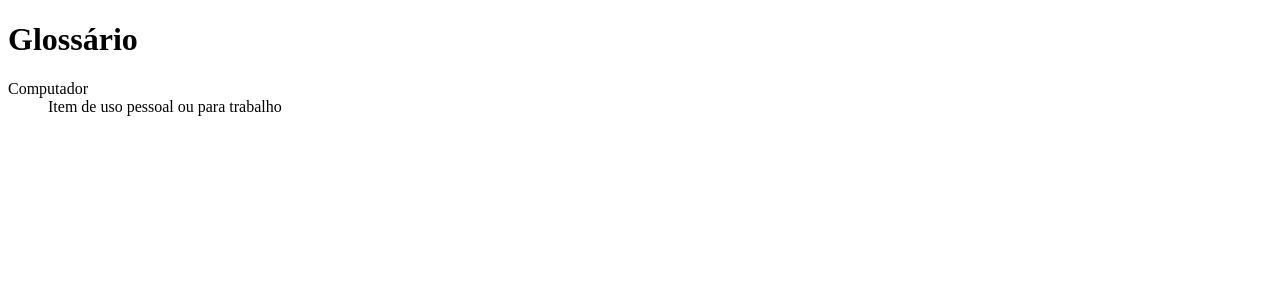
Repository: RenatoCCS/Mais1Code
Page: Rocketseat/Fundamentar/01 - O guia estelar de HTML/Desafios/1_Glossario/glossary.html
These files come from the project's save history. The page is drawn as it stood at one moment and after a run of saves; the edit follows.
The browser window is 1280 px wide. The pictures show the whole page.

Above is the page before, as saved 2022-04-18 20:31:24.

### Rocketseat/Fundamentar/01 - O guia estelar de HTML/Desafios/1_Glossario/glossary.html
<!DOCTYPE html>
<html lang="pt-br">
<head>
    <meta charset="UTF-8">
    <meta http-equiv="X-UA-Compatible" content="IE=edge">
    <meta name="viewport" content="width=device-width, initial-scale=1.0">
    <title>Glossário</title>
</head>
<body>

    <h1>Glossário</h1>
<dl>
    <dt>Computador</dt>
    <dd>Item de uso pessoal ou para trabalho</dd>


</dl>



</body>
</html>

After the next 3 saves:
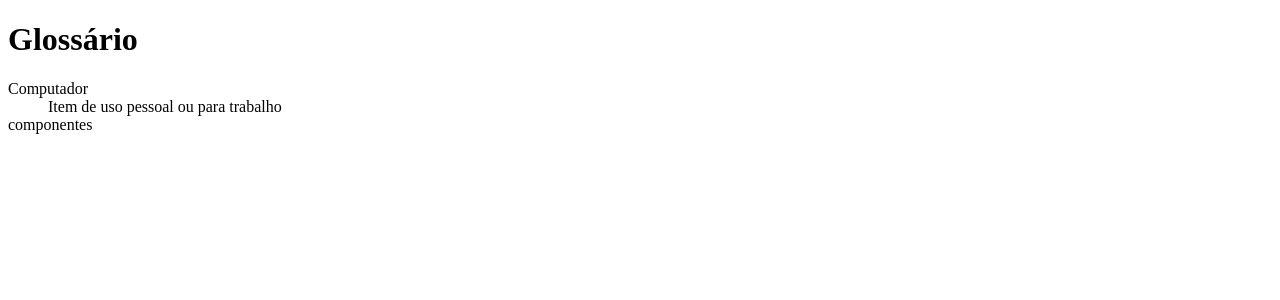
The 3 saves are shown as one change because they came seconds apart.
The last was saved 9 s later.
--- a/Rocketseat/Fundamentar/01 - O guia estelar de HTML/Desafios/1_Glossario/glossary.html
+++ b/Rocketseat/Fundamentar/01 - O guia estelar de HTML/Desafios/1_Glossario/glossary.html
@@ -13,7 +13,7 @@
     <dt>Computador</dt>
     <dd>Item de uso pessoal ou para trabalho</dd>
 
-
+    <dt>componentes</dt>
 </dl>
 
 
